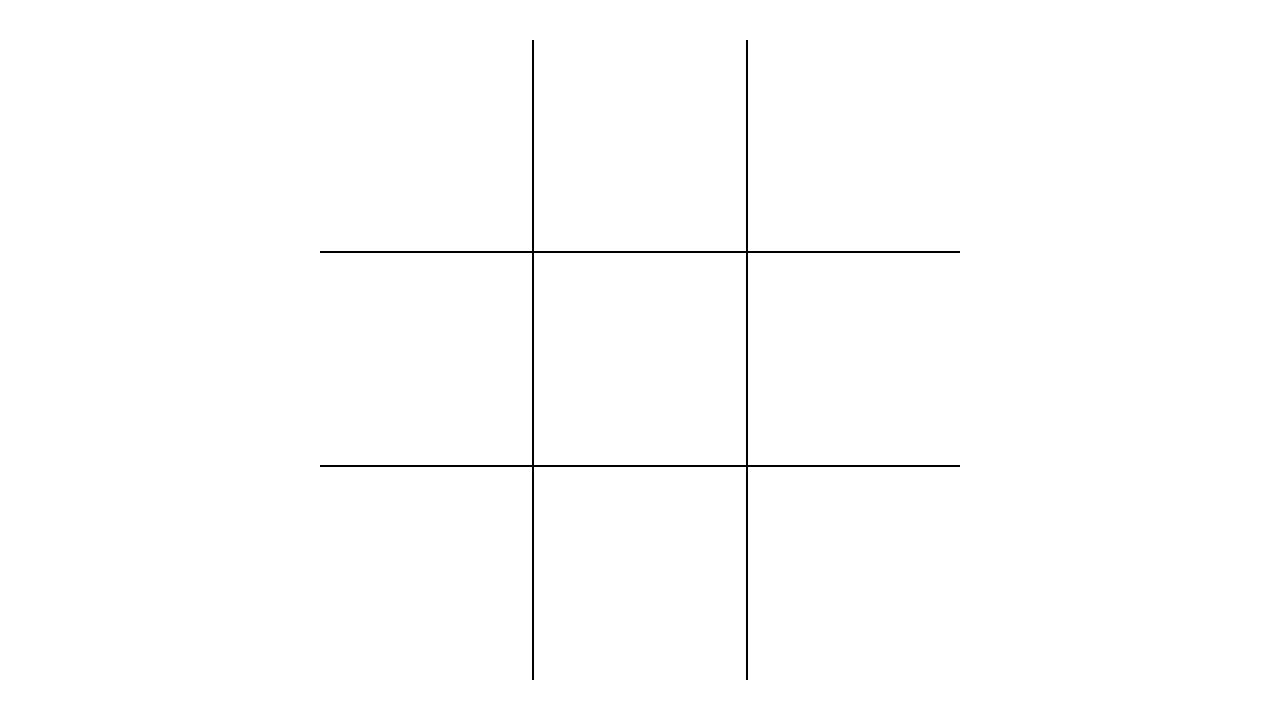
Repository: baumanmilosz/tictactoe
Page: index.html
The author's editor kept a copy of each file at every save. The page is drawn from the files as they stood at one save, then again after the next save.
The browser window is 1280 px wide. The pictures show the whole page.

Above is the page before, as saved 2019-02-21 16:48:05.

After the next save:
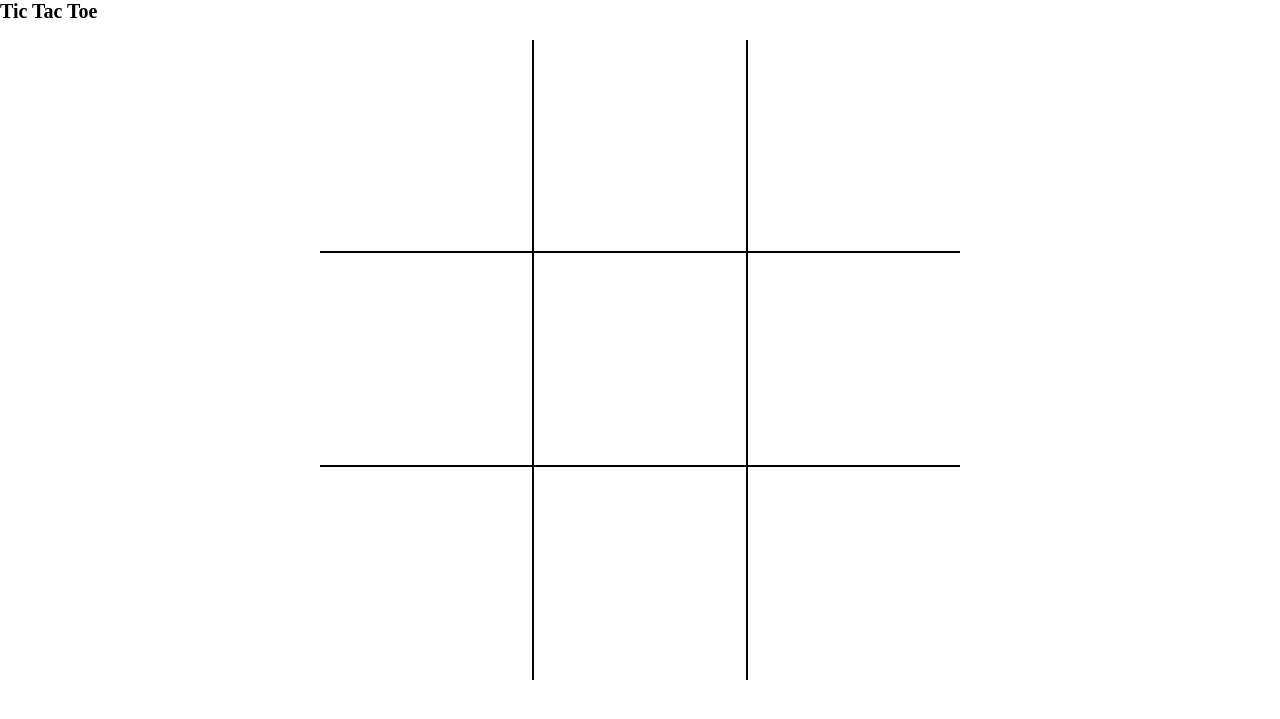
Saved 35 s later.
--- a/index.html
+++ b/index.html
@@ -10,6 +10,9 @@
 </head>
 
 <body>
+  <header class="game-header">
+    <h1 class="game-title">Tic Tac Toe</h1>
+  </header>
   <div class="board">
     <div class="row">
       <div class="box"></div>
